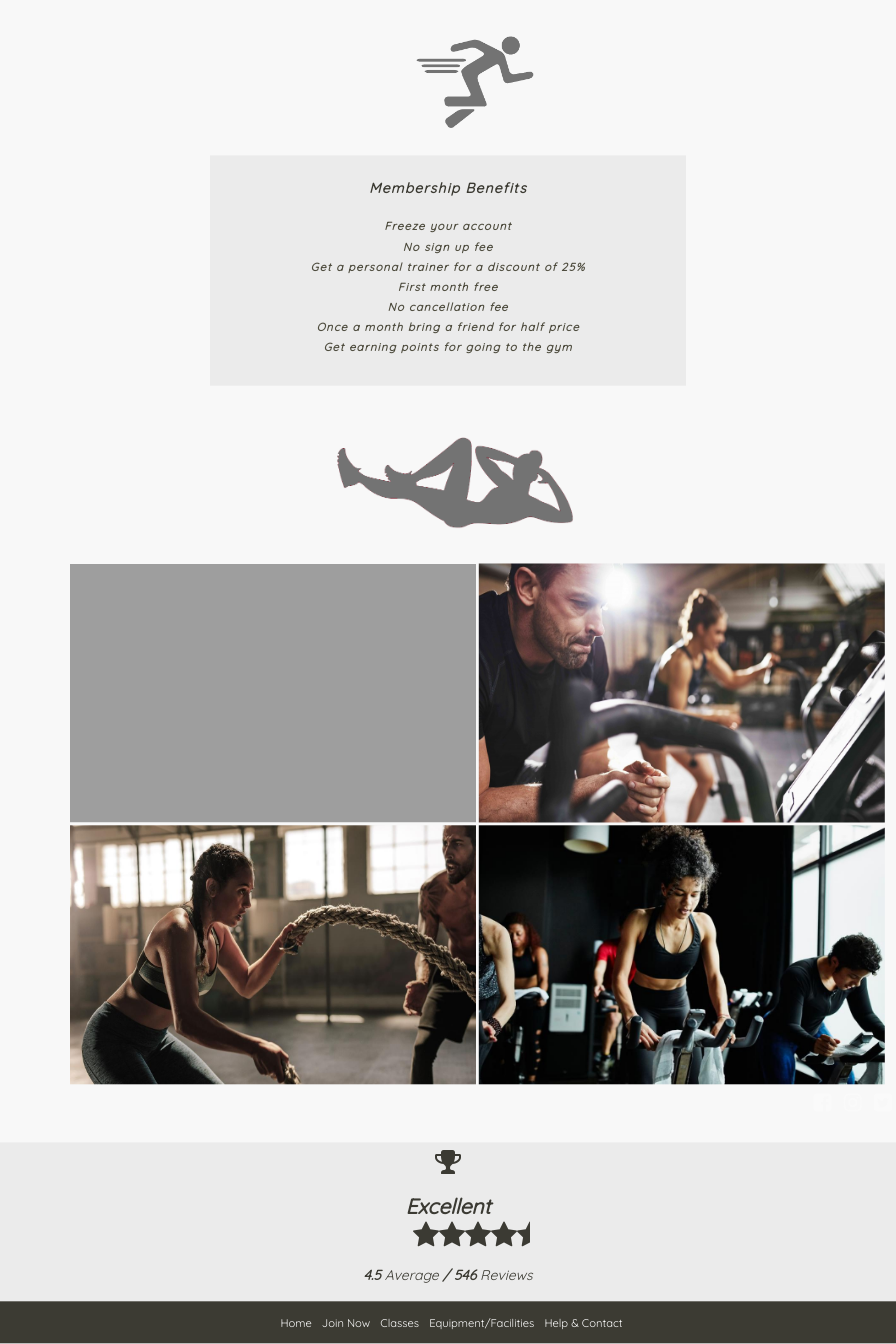
Repository: RicardoAzuul/the_fitness_hub
Page: index.html
The author's editor kept a record of every edit. The page is drawn from the files as they stood at one moment, then again after the next edit.
The browser window is 1280 px wide. The pictures show the part of the page from y = 2660 to 4580 px (the page is 4580 px tall before and 4559 px after), at 70% of full size.
Pictures or frames that could not be fetched are drawn as grey boxes. Some web fonts or font styles are not loaded; a fallback is used.

Above is the page before.

### index.html
<!DOCTYPE html>
<html>
    <head>
        <meta charset="UTF-8">
        <meta name="viewport" content="width=device-width, initial-scale=1.0">
        <meta http-equiv="X-UA-Compatible" content="ie=edge">
        <title>The Fitness Hub</title>
        <link rel="stylesheet" href="https://cdnjs.cloudflare.com/ajax/libs/font-awesome/4.7.0/css/font-awesome.min.css">
        <link rel="stylesheet" href="css/style.css" type="text/css">
        <link href="https://fonts.googleapis.com/css?family=Livvic&display=swap" rel="stylesheet">
        <link href="https://fonts.googleapis.com/css?family=Quicksand&display=swap" rel="stylesheet">
        <link href="https://fonts.googleapis.com/css?family=Turret+Road&display=swap" rel="stylesheet">
    </head>
    <body>
        <header>
            <div class="navbar">
           <div class="dropdown">
           <button class="dropbtn">Menu
           <i class="fa fa-bars"></i>
           </button>
           <div class="dropdown-content">
           <a href="index.html">Home</a>
           <a href="join_now.html">Join Now</a>
           <a href="classes.html">Classes</a>
           <a href="equipment.html">Equipment/Facilities</a>
           <a href="membership_benefits.html">Membership Benefits</a>
           <a href="help_and_contact.html">Help & Contact</a>
           </div>
           </div>
           <a href="index.html" class="logo"><b style="font-size: 20px;color: white;">The Fitness Hub
           <i class="fa fa-heartbeat"></i></b>
           </a>
           <div class="front-social">
           <i class="fa fa-facebook-square"></i>
           <i class="fa fa-instagram"></i>
           <i class="fa fa-twitter-square"></i>
           </div>
           </div>
           <div class="head_text">
           <img src="images/2018-08-gym-member-retention.jpg" class="img_head">
           <p class="change">start the change... start today!<br><br>
           <button class="welcome_join"><a href="join_now.html">Join Now!</a></button></p>
           <p class="contract">No Contract!</p>
           <p class="open">Open 24hours!</p>
           </div>
        </header>
        <section>
        <h1 class="welcome">Welcome to The Fitness Hub!</h1>
        </section>
        <section>
            <p class="opening">looking for a no contract, good priced gym? Well we are here!<br>
            Come and join the gym that makes you feel so comfortable that you feel at home.<br>
            You don't know where to start? You need help with a fitness plan?<br>
            We can help!</p>
        </section>

        <img src="images/groupfitness.jpg" alt="groupfitness" class="groupfitness">

        <section class="reasons">
            <h4 class="reason_title">Why you should join?</h4>
            <em>Open 24/7</em><br>
            <em>Free Classes</em><br>
            <em>Loads of equipment with a comfy atmosphere</em><br>
            <em>No Contract</em><br>
            <em>Free Wifi</em><br>
            <em>Fully air conditioned</em><br>
            <em>changing rooms, which include showers and lockers</em><br>
            <em>Free induction of the gym</em><br>
            <em>Personal Trainers</em><br>
            <em>Amazing discounts and offers for members</em><br>
        </section>
            <img src="images/run-machine.jpg" alt="run-machine" class="run_machine">
            <div class="class_ad">
            <img src="images/skipping.jpg" alt="skipping" class="skipping">
            <img src="images/workout.jpg" alt="workout" class="workout">
            <P><h3 class="advertise">Free classes</h3>
            <button class="class_button"><a href="classes.html">Classes</a></button></P>
            <br>
            <p class="line_1">Everyday is a new opportunity to improve yourself.</p>
            <p class="line_2">You want to improve, but don't want to do it on your own?</p>
            <p class="line_3">Come and join our classes.</P>
            <p class="line_4">We have different classes on each day!</p>
            <p class="line_5">Improve yourself along with others, to become the better version of yourself!</p>
            </div>
            <img src="images/Running_icon1.jpg" alt="run" class="run">

            <section class="membership">
            <h4 class="membership_title">Membership Benefits</h4>
            <em>Freeze your account</em><br>
            <em>No sign up fee</em><br>
            <em>Get a personal trainer for  a discount of 25%</em><br>
            <em>First month free</em><br>
            <em>No cancellation fee</em><br>
            <em>Once a month bring a friend for half price</em><br>
            <em>Get earning points for going to the gym</em><br>
        </section>

        <img src="images/abs-maroon.jpg" alt=abs class="abs">

        <section>
        <img src="images/ball_class.jpg" alt="Gym Class" class="ball">
        <img src="images/Man-Woman-Working-Out.jpg" alt="gym class" class="intense">
        <img src="images/rope_training.jpg" alt="Personal Training session" class="rope">
        <img src="images/cycle_class.jpg" alt="Spin class" class="spin">
        </section>
        <div class="front-social">
           <a href=""><i class="fa fa-facebook-square"></i></a>
           <a href=""><i class="fa fa-instagram"></i></a>
           <a href=""><i class="fa fa-twitter-square"></i></a>
           </div>
        <section class="ratings">
        <div class="trophy">
            <i class="fa fa-trophy"></i>
        </div>
        <div class="Excellent">
        <em>Excellent</em>
        </div>
        <div class="stars">
            <i class="fa fa-star"></i><i class="fa fa-star"></i><i class="fa fa-star"></i><i class="fa fa-star"></i><i class="fa fa-star-half"></i>
        </div>
        <div class="review">
        <p style="font-size: 20px;"><b>4.5</b> Average<b>   / 546</b> Reviews</p>
        </div>
        </section>
         <footer>
            <div id="footer-details" class="row">
            <a href="index.html">Home</a>
           <a href="join_now.html">Join Now</a>
           <a href="classes.html">Classes</a>
           <a href="equipment.html">Equipment/Facilities</a>
           <a href="help_and_contact.html">Help & Contact</a>
        </footer>

    </body>
</html>

Loaded but not shown: css/style.css (1271 lines, source omitted)

After the next edit:
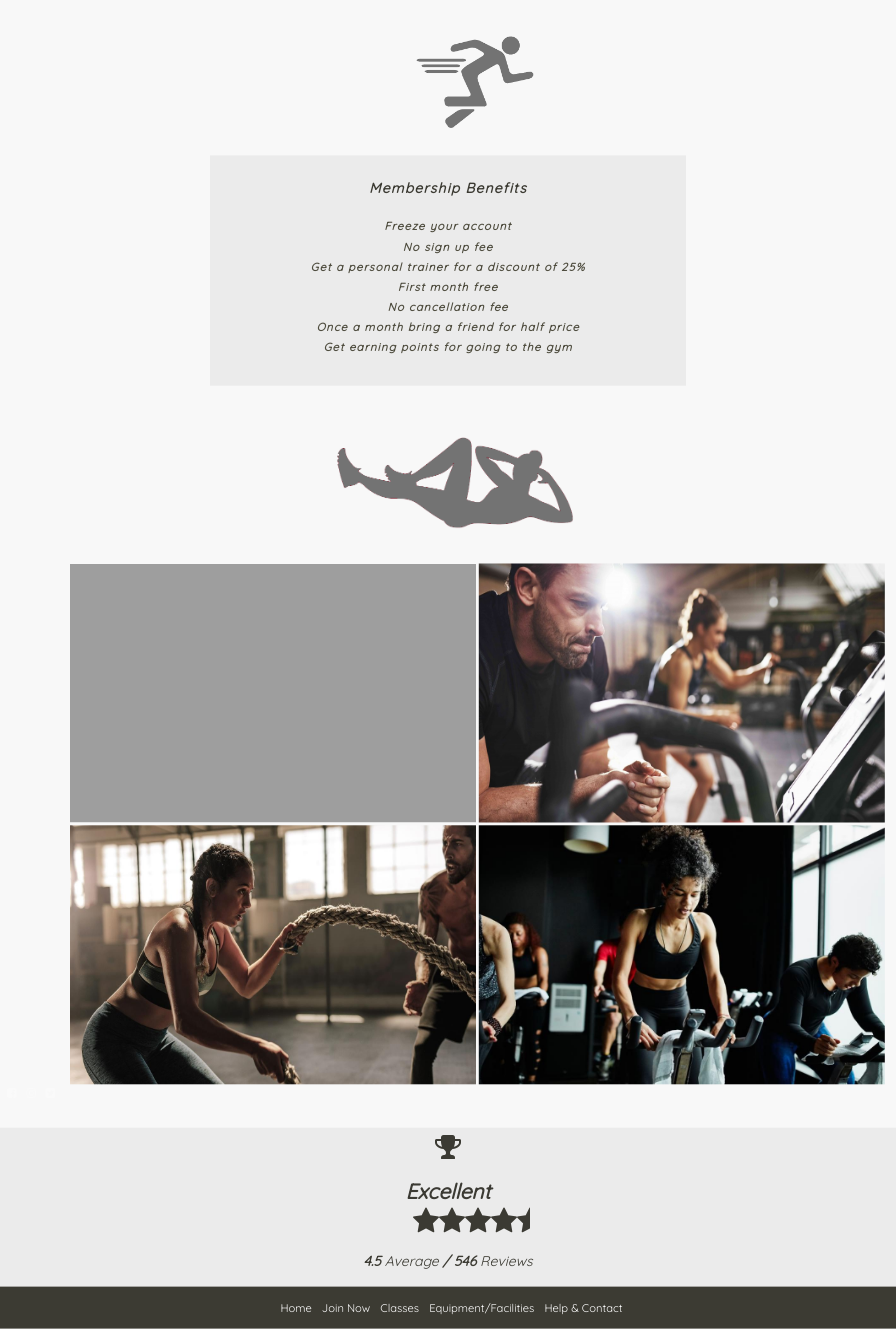
The edit:
--- a/index.html
+++ b/index.html
@@ -103,7 +103,6 @@
         <img src="images/rope_training.jpg" alt="Personal Training session" class="rope">
         <img src="images/cycle_class.jpg" alt="Spin class" class="spin">
         </section>
-        <div class="front-social">
            <a href=""><i class="fa fa-facebook-square"></i></a>
            <a href=""><i class="fa fa-instagram"></i></a>
            <a href=""><i class="fa fa-twitter-square"></i></a>
